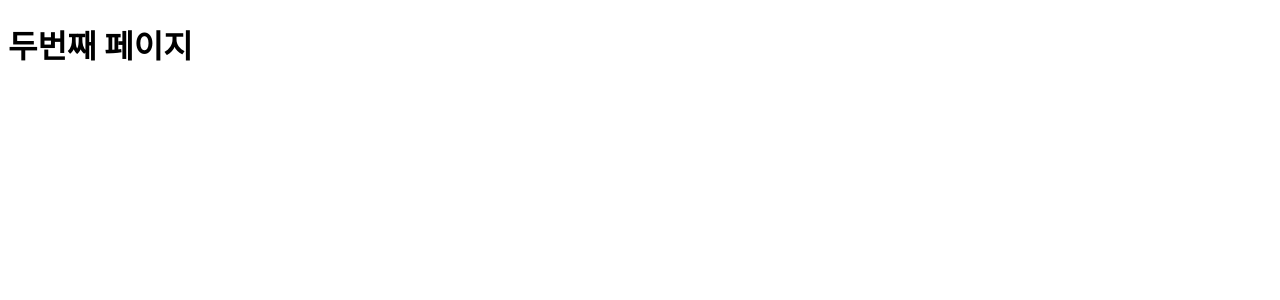
Repository: SeYoung1012/Bitcamp
Page: http://localhost/06_actiontag/ex02_second.jsp
An editor plug-in stored every save of this project. The page is shown before and after the next save, followed by the edit.
The browser window is 1280 px wide. The pictures show the whole page.
The page is served by Tomcat 9.

Above is the page before, as saved 2021-09-29 03:06:22.

After the next save:
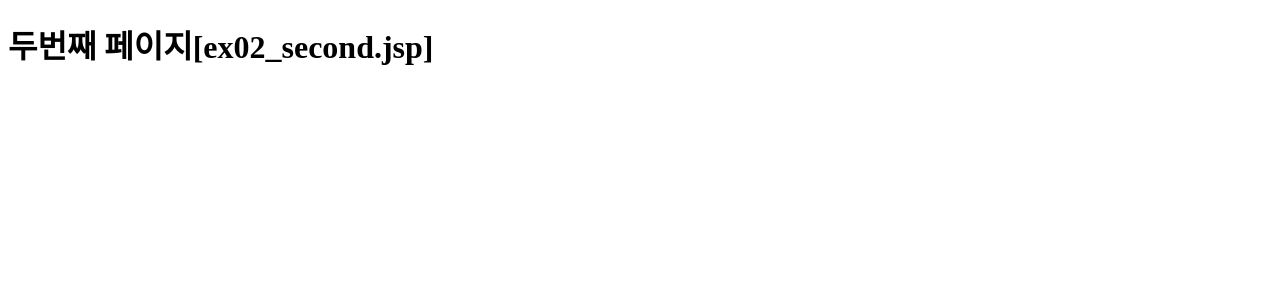
Saved 6 s later.
--- a/60_web/06_actiontag/WebContent/ex02_second.jsp
+++ b/60_web/06_actiontag/WebContent/ex02_second.jsp
@@ -7,6 +7,6 @@
 <title> 두 번째 페이지</title>
 </head>
 <body>
-	<h1> 두번째 페이지</h1>
+	<h1> 두번째 페이지[ex02_second.jsp]</h1>
 </body>
 </html>
